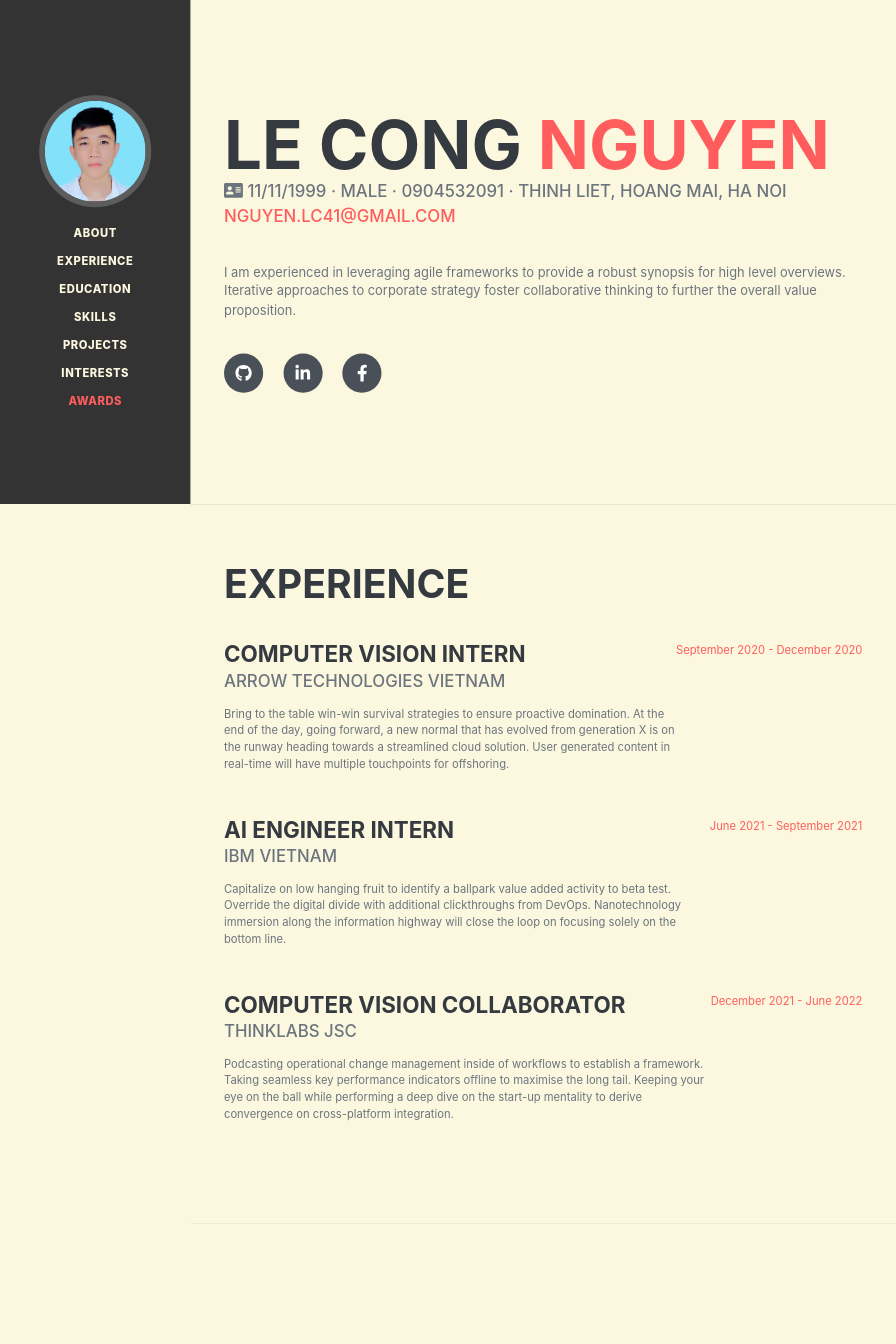
Repository: nguyenlcc/Online-CV
Page: index.html
These files come from the project's save history. The page is drawn as it stood at one moment and after the next save; the edit follows.
The browser window is 1280 px wide. The pictures show the part of the page from y = 0 to 1920 px (the page is 5352 px tall), at 70% of full size.
Some web fonts or font styles are not loaded; a fallback is used. Some web libraries are served in a nearby version.

Above is the page before, as saved 2022-05-23 01:48:10.

After the next save:
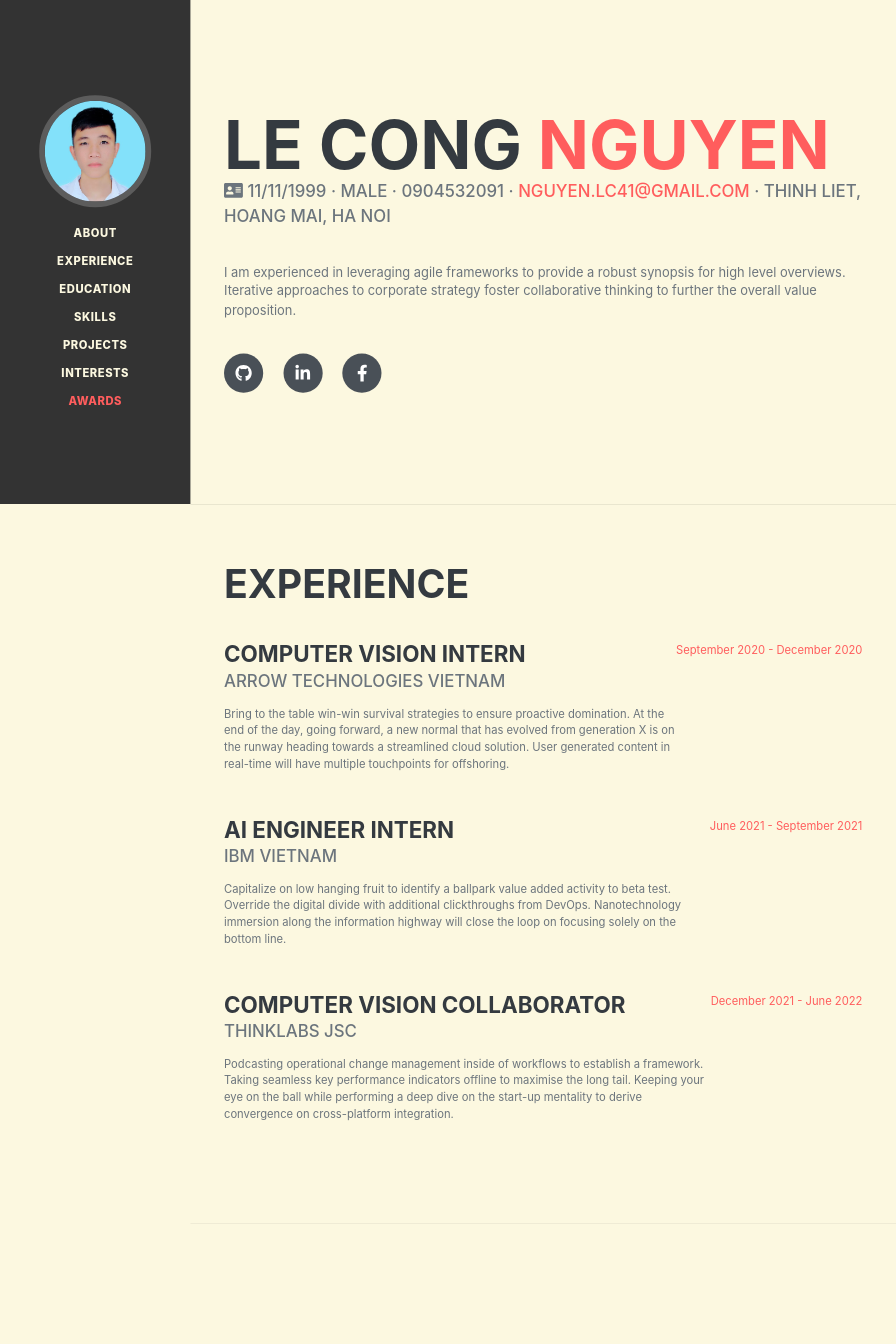
Saved 54 s later.
--- a/index.html
+++ b/index.html
@@ -98,8 +98,9 @@
           </h1>
           <div class="subheading mb-5">
             <i class="fas fa-address-card"></i>
-            11/11/1999 · Male · 0904532091 · THINH LIET, HOANG MAI, HA NOI
+            11/11/1999 · Male · 0904532091 ·
             <a href="mailto:name@email.com">nguyen.lc41@gmail.com</a>
+            · Thinh Liet, Hoang Mai, Ha Noi
           </div>
           <p class="lead mb-5">
             I am experienced in leveraging agile frameworks to provide a robust
